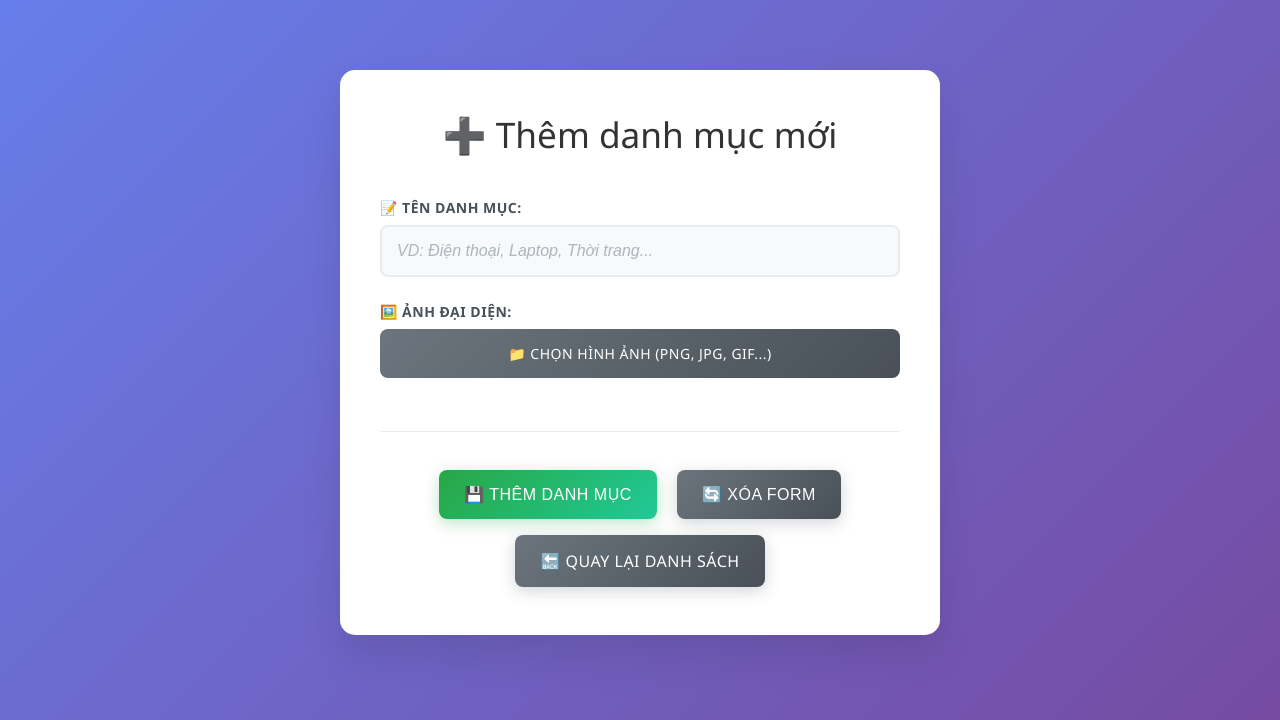
Repository: Ticasslo/23110327_HuynhNgocThang_LTWeb_BT
Page: http://localhost/23110327/views/admin/add-category.jsp
The author's editor kept a copy of each file at every save. The page is drawn from the files as they stood at one save, then again after the next save.
The browser window is 1280 px wide. The pictures show the whole page.
The page is served by Tomcat 10.

Above is the page before, as saved 2025-08-29 16:30:20.

After the next save:
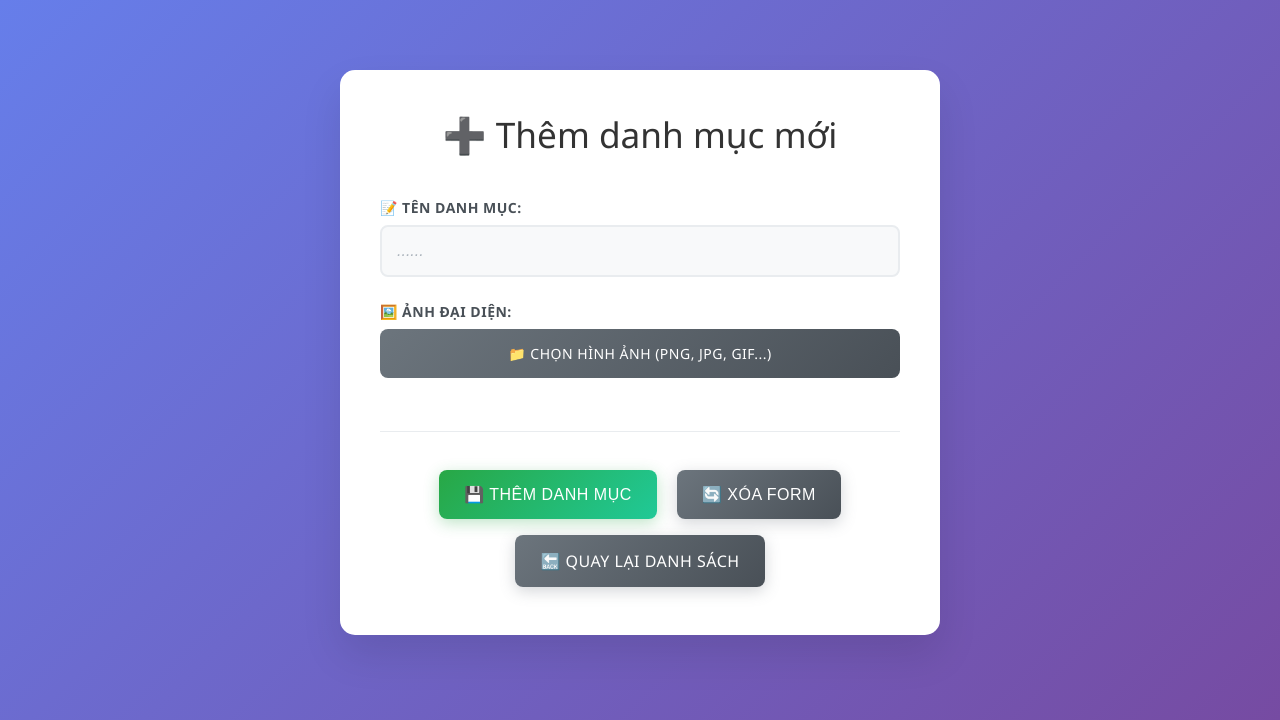
Saved 59 s later.
--- a/23110327/src/main/webapp/views/admin/add-category.jsp
+++ b/23110327/src/main/webapp/views/admin/add-category.jsp
@@ -189,7 +189,7 @@
 			<div class="form-group">
 				<label for="categoryName">📝 Tên danh mục:</label> <input
 					type="text" id="categoryName" class="form-control"
-					placeholder="VD: Điện thoại, Laptop, Thời trang..." name="name"
+					placeholder="......" name="name"
 					required maxlength="100" />
 			</div>
 
